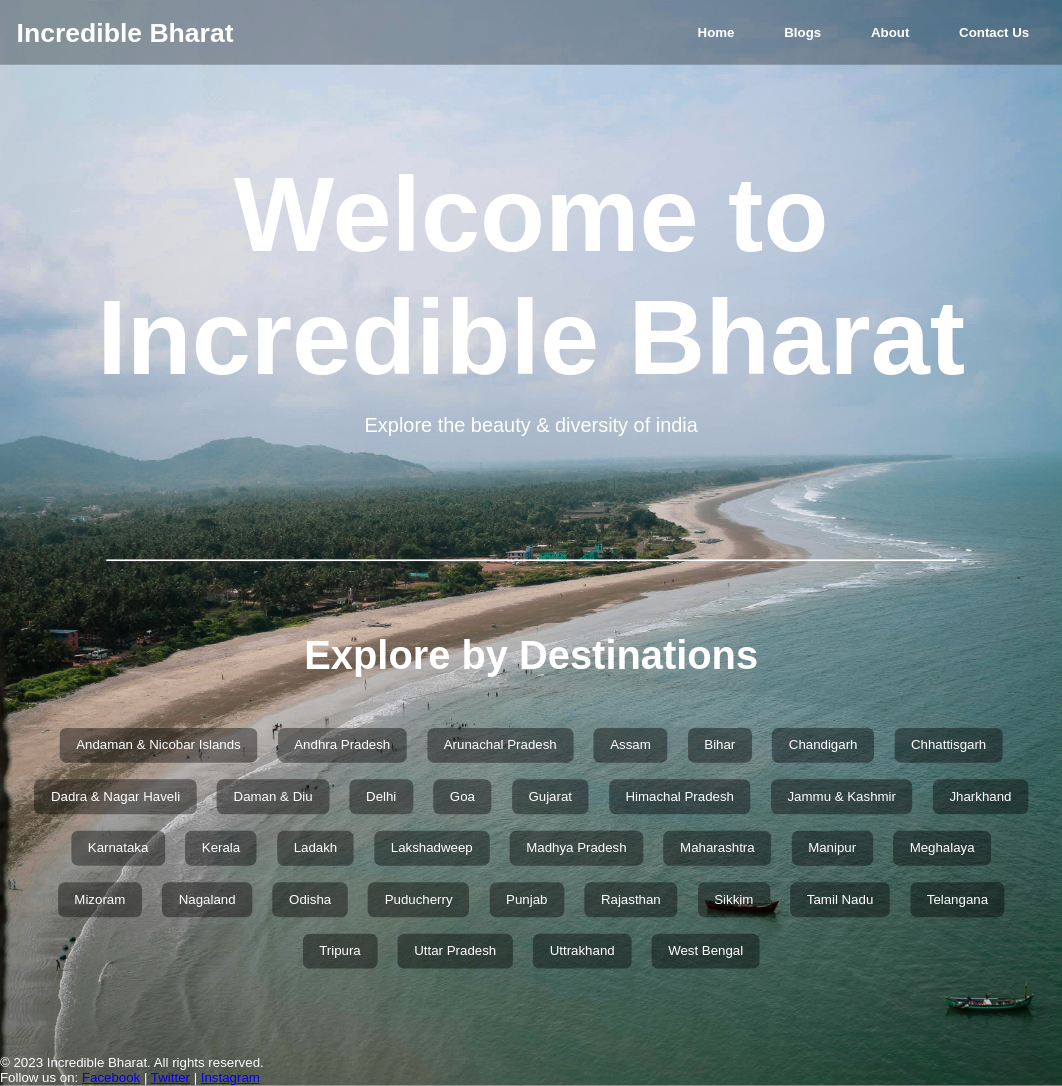
Repository: jaidhiman111/incrediblebharat
Page: index.html
An editor plug-in stored every save of this project. The page is shown before and after the next save, followed by the edit.
The browser window is 1280 px wide. The pictures show the whole page, at 83% of full size.

Above is the page before, as saved 2025-04-30 22:39:41.

### index.html
<!DOCTYPE html>
<html lang="en">
<head>
    <meta charset="UTF-8">
    <link rel="stylesheet" href="/assets/style.css">
    <meta name="viewport" content="width=device-width, initial-scale=1.0">
    <title>Document</title>
</head>
<body>
    <!-- This is the header of the page. -->
    <header class="header">
        <div class="logo">
            <h1>Incredible Bharat</h1>
        </div>
        <div class="nav">
            <nav>
                <ul>
                    <li>
                        <a href="#">Home</a>
                        <a href="#">Blogs</a>
                        <a href="#">About</a>
                        <a href="#">Contact Us</a>
                    </li>
                </ul>
            </nav>
        </div>
    </header>
    <!-- This is the main content of the page. -->
     <main class="main-container">
        <section class="hero-section">
            <h2>Welcome to Incredible Bharat</h2>
            <a href="#">Explore the beauty & diversity of india</a>
        </section>
        <hr>
        <section class="state-section">
        <div>
            <h2>Explore by Destinations</h2>
        </div>
        <div class="state-button">
            <button type="button"><a href="#">Andaman & Nicobar Islands</a></button>
            <button type="button"><a href="#">Andhra Pradesh</a></button>
            <button type="button"><a href="#">Arunachal Pradesh</a></button>
            <button type="button"><a href="#">Assam</a></button>
            <button type="button"><a href="#">Bihar</a></button>
            <button type="button"><a href="#">Chandigarh</a></button>
            <button type="button"><a href="#">Chhattisgarh</a></button>
            <button type="button"><a href="#">Dadra & Nagar Haveli</a></button>
            <button type="button"><a href="#">Daman & Diu</a></button>
            <button type="button"><a href="#">Delhi</a></button>
            <button type="button"><a href="#">Goa</a></button>
            <button type="button"><a href="#">Gujarat</a></button>
            <button type="button"><a href="#">Himachal Pradesh</a></button>
            <button type="button"><a href="#">Jammu & Kashmir</a></button>
            <button type="button"><a href="#">Jharkhand</a></button>
            <button type="button"><a href="#">Karnataka</a></button>
            <button type="button"><a href="#">Kerala</a></button>
            <button type="button"><a href="#">Ladakh</a></button>
            <button type="button"><a href="#">Lakshadweep</a></button>
            <button type="button"><a href="#">Madhya Pradesh</a></button>
            <button type="button"><a href="#">Maharashtra</a></button>
            <button type="button"><a href="#">Manipur</a></button>
            <button type="button"><a href="#">Meghalaya</a></button>
            <button type="button"><a href="#">Mizoram</a></button>
            <button type="button"><a href="#">Nagaland</a></button>
            <button type="button"><a href="#">Odisha</a></button>
            <button type="button"><a href="#">Puducherry</a></button>
            <button type="button"><a href="#">Punjab</a></button>
            <button type="button"><a href="#">Rajasthan</a></button>
            <button type="button"><a href="#">Sikkim</a></button>
            <button type="button"><a href="#">Tamil Nadu</a></button>
            <button type="button"><a href="#">Telangana</a></button>
            <button type="button"><a href="#">Tripura</a></button>
            <button type="button"><a href="#">Uttar Pradesh</a></button>
            <button type="button"><a href="#">Uttrakhand</a></button>
            <button type="button"><a href="#">West Bengal</a></button>
            </div>
        </section>
     </main>
     <!-- This is the footer of the page. -->
      <footer class="footer">
        <div>
            <p>&copy; 2023 Incredible Bharat. All rights reserved.</p>
            <p>Follow us on:
                <a href="#">Facebook</a> |
                <a href="#">Twitter</a> |
                <a href="#">Instagram</a>
        </div>
      </footer>
</body>
</html>

### assets/style.css
* {
    box-sizing: border-box;
    margin: 0;
    padding: 0;
}

body {
    font-family: Arial, sans-serif;
    background-image: url('/media/bg-cover.jpg');
    background-size: cover;
    background-repeat: no-repeat;
    background-position: center;
    color: #fff;
}

/* This is for header */
.header {
    background-color: rgba(0, 0, 0, 0.3);
    display: flex;
    justify-content: space-between;
    align-items: center;
    padding: 20px;
    position: sticky;
    top: 0;
    text-align: center;
}

li {
    list-style: none;
    display: flex;
    gap: 20px;
}

li a {
    /* background-color:aqua ; */
    padding: 10px 20px;
    border-radius: 5px;
    text-decoration: none;
    color: #fff;
    font-weight: bold;
}

li a:hover {
    color: #fff;
    transform: scale(1.1);
    background-color: rgba(0, 0, 0, 0.4);
}

/* This is for section */
.hero-section {
    display: flex;
    flex-direction: column;    /* stack items vertically */
    justify-content: center;   /* center vertically */
    align-items: center;       /* center horizontally */
    height: 80vh;
    text-align: center;
}

.hero-section h2 {
    font-size: 8rem;
    margin-bottom: 20px;
}

.hero-section a {
    text-decoration: none;
    color: #fff;
    font-size: 1.5rem;
    margin-bottom: 20px;
}

.hero-section a:hover {
    color: #fff;
    text-decoration: underline;
    transform: scale(1.1);
    transition: transform 0.3s ease-in-out;
}

hr {
    width: 80%;
    margin: 20px auto;
    border: 1px solid #fff;
}

.state-section {
    display: flex;
    flex-direction: column;    /* stack items vertically */
    justify-content: center;
    align-items: center;
    height: 80vh;
    text-align: center;
}

.state-section h2 {
    font-size: 3rem;
    margin-bottom: 20px;
}

.state-button {
    padding: 30px;
    max-width: 100rem;
    margin: 0 auto;
  }

  .state-button button {
    background-color: rgba(0, 0, 0, 0.4);  /* Soft blue */
    border: none;
    border-radius: 8px;
    margin: 10px ;
    padding: 12px 20px;
    cursor: pointer;
    transition: background-color 0.3s ease;
    font-size: 16px;
    font-weight: 500;
  }

  .state-button button a {
    color: #ffffff;
    text-decoration: none;
    display: block;
    width: 100%;
    height: 100%;
  }

  .state-button button:hover {
    background-color: rgba(0, 0, 0, 0.7); /* Darker blue on hover */
    transform: scale(1.1); /* Slightly enlarge the button on hover */
    transition: transform 0.3s ease-in-out;
  }

After the next save:
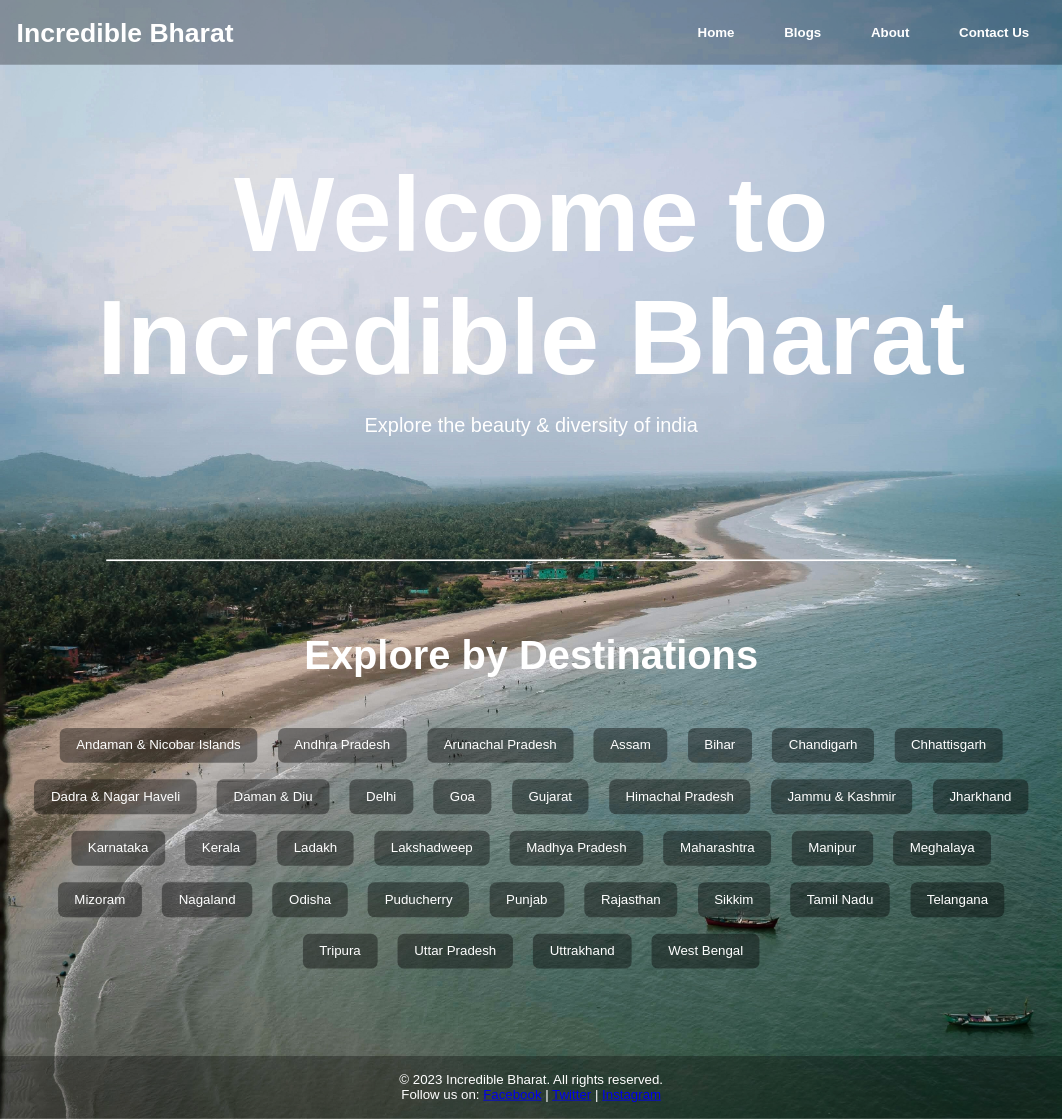
Saved 33 s later.
--- a/assets/style.css
+++ b/assets/style.css
@@ -126,3 +126,15 @@ hr {
     transform: scale(1.1); /* Slightly enlarge the button on hover */
     transition: transform 0.3s ease-in-out;
   }
+
+  /* This is for footer */
+
+.footer {
+    background-color: rgba(0, 0, 0, 0.3);
+    display: flex;
+    justify-content: center;
+    align-items: center;
+    padding: 20px;
+    position: relative;
+    bottom: 0;
+    text-align: center;
